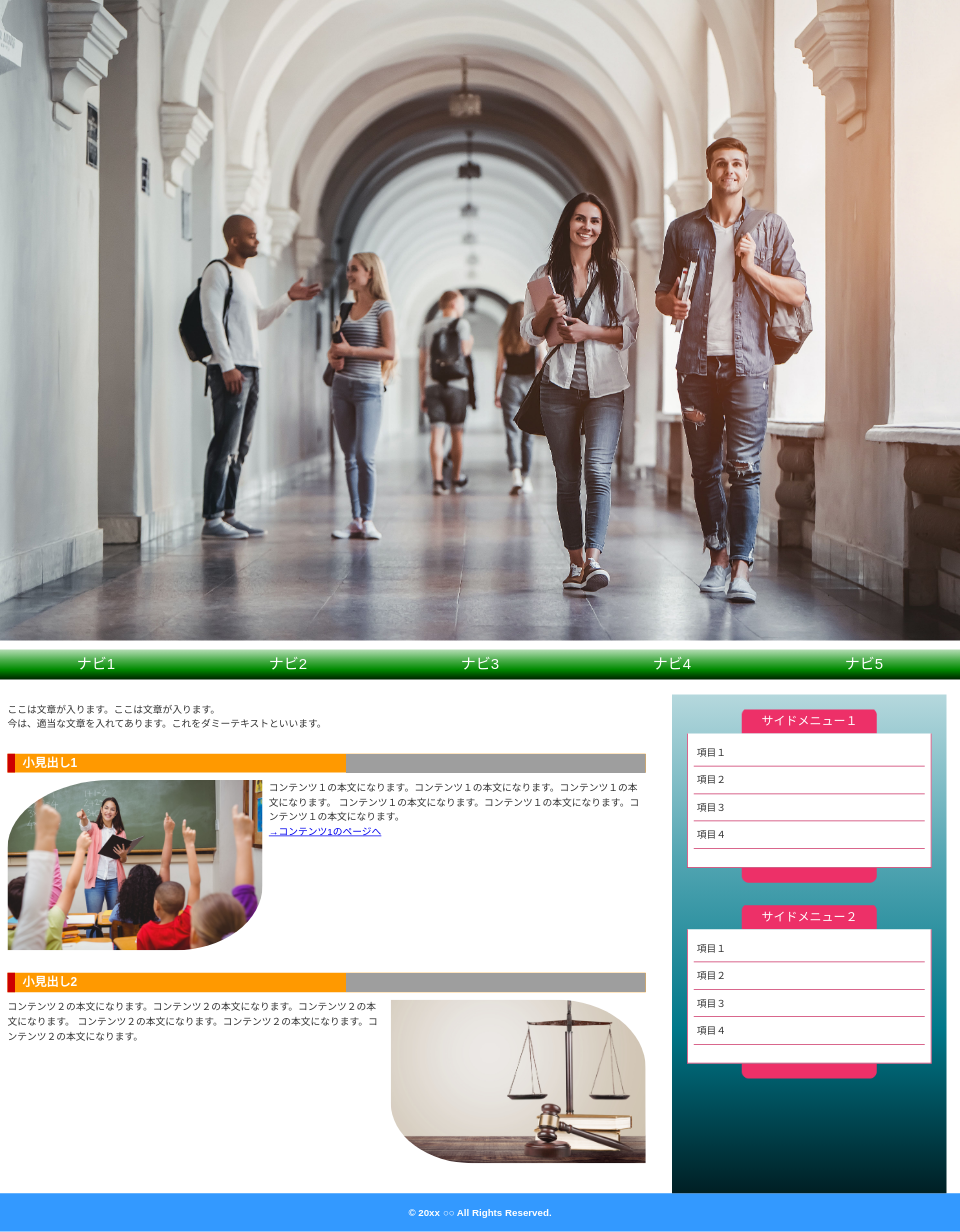
Repository: noritag/samurai_HTML-CSS
Page: home.html
The author's editor kept a record of every edit. The page is drawn from the files as they stood at one moment, then again after the next edit.
The browser window is 1280 px wide. The pictures show the whole page, at 75% of full size.
Pictures or frames that could not be fetched are drawn as grey boxes.

Above is the page before.

After the next edit:
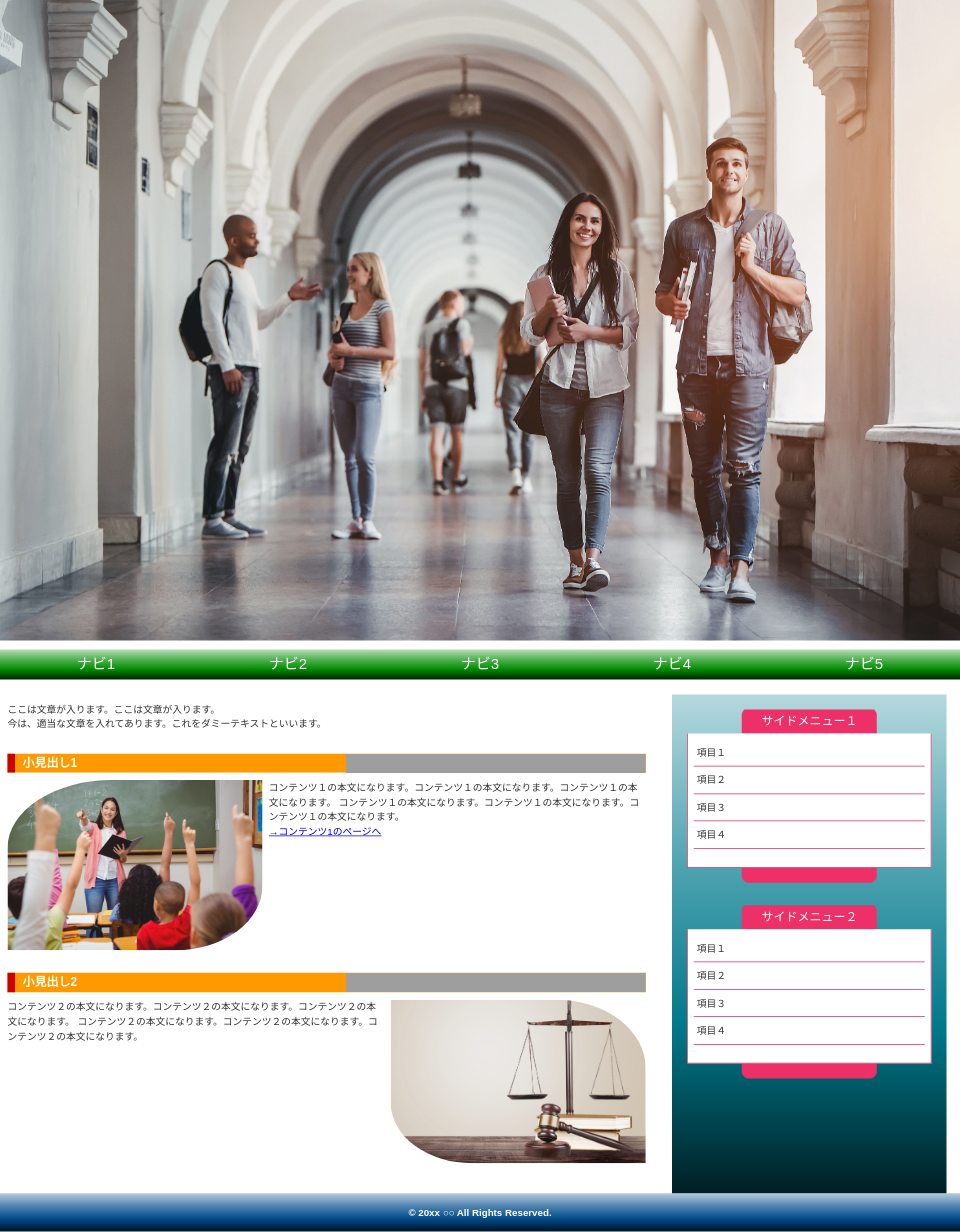
The edit:
--- a/stylesheet.css
+++ b/stylesheet.css
@@ -44,6 +44,11 @@
     color: #FFF;
     font-weight: bold;
     text-align: center;
+    background: rgb(181,202,221); /* Old browsers */
+    background: -moz-linear-gradient(top, rgba(181,202,221,1) 0%, rgba(131,167,199,1) 17%, rgba(82,133,178,1) 33%, rgba(0,74,138,1) 67%, rgba(0,47,88,1) 83%, rgba(0,19,36,1) 100%); /* FF3.6-15 */
+    background: -webkit-linear-gradient(top, rgba(181,202,221,1) 0%,rgba(131,167,199,1) 17%,rgba(82,133,178,1) 33%,rgba(0,74,138,1) 67%,rgba(0,47,88,1) 83%,rgba(0,19,36,1) 100%); /* Chrome10-25,Safari5.1-6 */
+    background: linear-gradient(to bottom, rgba(181,202,221,1) 0%,rgba(131,167,199,1) 17%,rgba(82,133,178,1) 33%,rgba(0,74,138,1) 67%,rgba(0,47,88,1) 83%,rgba(0,19,36,1) 100%); /* W3C, IE10+, FF16+, Chrome26+, Opera12+, Safari7+ */
+    filter: progid:DXImageTransform.Microsoft.gradient( startColorstr='#b5cadd', endColorstr='#001324',GradientType=0 ); /* IE6-9 */
 }
 
 /* -------------------- nav -------------------- */
